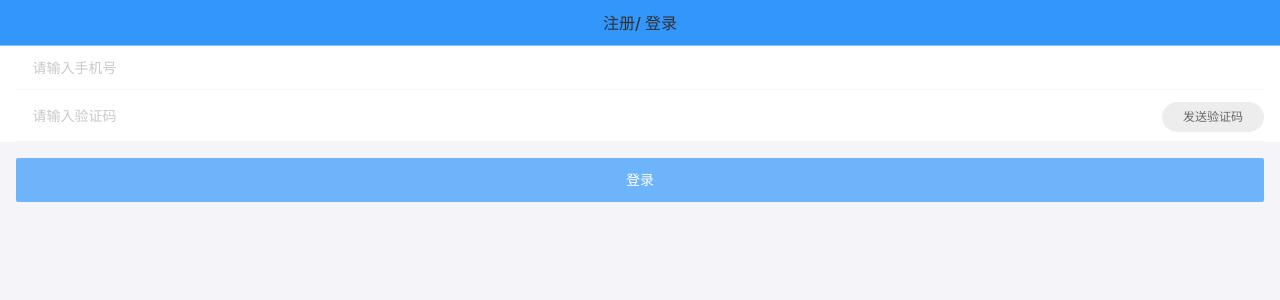
Repository: xn-lb/toutiao-mb
Page: /#/login
These files come from the project's save history. The page is drawn as it stood at one moment and after the next save; the edit follows.
The browser window is 1280 px wide. The pictures show the whole page.
Some web fonts or font styles are not loaded; a fallback is used. The project was rebuilt for these pictures with package versions that can differ from the ones it lists, and the page was loaded fresh each time. Also part of the build but not shown: vue.config.js.

Above is the page before, as saved 2023-03-23 21:08:29.

### src/main.js
import Vue from 'vue'
import App from './App.vue'
import router from './router'
import store from './store'
// 加载全局样式
import './styles/index.less'
import Vant from 'vant' //加载Vant 组件库
import 'vant/lib/index.css'
import 'amfe-flexible' //加载动态设置  rem 基准值

Vue.use(Vant); //注册使用组件库

Vue.config.productionTip = false

new Vue({
    router,
    store,
    render: h => h(App)
}).$mount('#app')

### src/App.vue
<template>
  <div id="app">
  <!-- 路由的出口 -->
    <router-view></router-view>



  </div>
</template>
<script>
export default {
  name: 'APP'
}
</script>
<style lang="less">

</style>

### src/router/index.js
import Vue from 'vue'
import VueRouter from 'vue-router'



Vue.use(VueRouter)

// 路由表
const routes = [{
        path: '/login',
        name: 'LoginIndex',
        component: () =>
            import ('@/views/login')
    },
    {
        path: '/',
        component: () =>
            import ('@/views/layout/'),
        children: [{
                path: '/qa',
                name: 'qa',
                component: () =>
                    import ('@/views/qa/')
            },
            {
                path: '/video',
                name: 'video',
                component: () =>
                    import ('@/views/video/')
            },
            {
                path: '/my', //默认子路由
                name: 'my',
                component: () =>
                    import ('@/views/my/')
            },
            {
                path: '', //默认子路由
                name: 'home',
                component: () =>
                    import ('@/views/home/')
            }
        ]
    }

]

const router = new VueRouter({
    routes
})

export default router

### src/styles/index.less
// 全局样式文件
// 加载图标样式
@import "./icon.less";

body{
    background-color: #f5f5f9;
}
.app-nav-bar{
    background-color: #3296fa;
    .van-nav-bar__title{
        color: #fff;
    }
}

### src/views/login/index.vue
<template>
  <div class="login-container">
    <!-- 导航栏 -->
    <van-nav-bar class="page-nav-bar" title=" 注册/ 登录" />

    <!-- 登录表单 -->
    <van-form >
  <van-field
    v-model="user.mobile"
    name="手机号"
    placeholder="请输入手机号"
   >
      <i slot="left-icon" class="toutiao toutiao-shouji"></i>
   </van-field>
  <van-field
    v-model="user.code"
    name="验证码"
    placeholder="请输入验证码"
  >
   <i slot="left-icon" class="toutiao toutiao-yanzhengma"></i>
   <template #button>
    <van-button size="small" type="default" round class="send-sms-btn">发送验证码</van-button>
  </template>
  </van-field>
  <div style="margin: 16px;">
    <van-button  block type="info" native-type="submit" class="login-btn-wrap"><span class="lg_btn">登录</span></van-button>
  </div>
</van-form>
  </div>
</template>

<script>
import {login} from '@/api/user'

export default {
  name: 'LoginIndex',
  components: {
    onsubmit
  },
  props: {},
  data () {
    return {
      user:{
        mobile:'',//手机号
        code:''//验证码
      }
    }
  },
  computed: {},
  watch: {},
  created () {},
  mounted () {},
  methods: {
    async onsubmit (){
      //1.获取表单数据
      const user = this.user
      //2.表单验证
      //3.提交表单登录
      try{
        const res = await login(user)
        console.log('登录成功', res);
      } catch (err){
        console.log('登录失败', err);
      }

      // 4.根据请求响应结果处理后续操作
    }
  }
}
</script>

<style scoped lang="less">
.page-nav-bar{
  background-color:#3296fa;
}
.login-container{
  .toutiao{
    font-style: 37px;
  }
}
.send-sms-btn{
  background-color: #ededed;
  font-style: 22px;
  color: #666;
  width: 102px;
  height: 30px;
  // line-height: 46;
}
.login-btn-wrap{
  background-color: #6db4fb;
  border: none;
  font-style: 42px;

}
</style>

### src/styles/icon.less
@font-face {
    font-family: "toutiao"; /* Project id 3968849 */
    src: url('//at.alicdn.com/t/c/font_3968849_y288fdc89co.eot?t=1679462277967'); /* IE9 */
    src: url('//at.alicdn.com/t/c/font_3968849_y288fdc89co.eot?t=1679462277967#iefix') format('embedded-opentype'), /* IE6-IE8 */
         url('//at.alicdn.com/t/c/font_3968849_y288fdc89co.woff2?t=1679462277967') format('woff2'),
         url('//at.alicdn.com/t/c/font_3968849_y288fdc89co.woff?t=1679462277967') format('woff'),
         url('//at.alicdn.com/t/c/font_3968849_y288fdc89co.ttf?t=1679462277967') format('truetype'),
         url('//at.alicdn.com/t/c/font_3968849_y288fdc89co.svg?t=1679462277967#toutiao') format('svg');
  }

  .toutiao {
    font-family: "toutiao" !important;
    font-size: 16px;
    font-style: normal;
    -webkit-font-smoothing: antialiased;
    -moz-osx-font-smoothing: grayscale;
  }

  .toutiao-guanbi:before {
    content: "\e601";
  }

  .toutiao-gengduo:before {
    content: "\e602";
  }

  .toutiao-pinglun:before {
    content: "\e603";
  }

  .toutiao-shanchu:before {
    content: "\e604";
  }

  .toutiao-dianzan:before {
    content: "\e605";
  }

  .toutiao-lishi:before {
    content: "\e606";
  }

  .toutiao-shipin:before {
    content: "\e607";
  }

  .toutiao-shoucang:before {
    content: "\e608";
  }

  .toutiao-yanzhengma:before {
    content: "\e609";
  }

  .toutiao-wenda:before {
    content: "\e60a";
  }

  .toutiao-fenxiang:before {
    content: "\e60b";
  }

  .toutiao-youjiantou:before {
    content: "\e60c";
  }

  .toutiao-wuwangluo:before {
    content: "\e60d";
  }

  .toutiao-shouji:before {
    content: "\e60e";
  }

  .toutiao-zuojiantou:before {
    content: "\e60f";
  }

  .toutiao-shouye:before {
    content: "\e610";
  }

  .toutiao-wode:before {
    content: "\e611";
  }

  .toutiao-sousuo:before {
    content: "\e612";
  }

  .toutiao-zuopin:before {
    content: "\e613";
  }

  .toutiao-yuedu:before {
    content: "\e614";
  }

### src/api/user.js
// 用户相关请求模块
import request from "@/utils/request";

export const login = data => {
    return request({
        method: 'POST',
        url: '/v1_0/authotizations',
        data
    })
}

### src/utils/request.js
// 封装axios 请求模块
import axios from "axios"

const request = axios.create({
    baseURL: 'http://toutiao.itheima.net/' //接口的基本路径
})


// 请求拦截器


// 响应拦截器

export default request

Loaded but not shown: public/index.html (common file); src/store/index.js (common file)

After the next save:
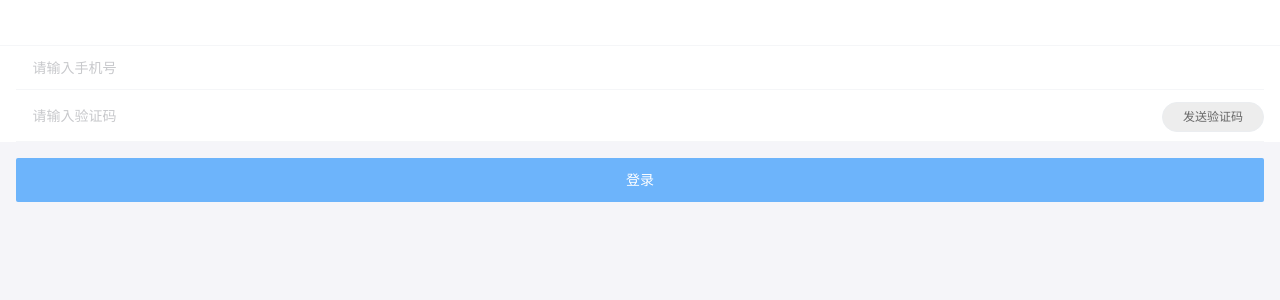
Saved 11 s later.
--- a/src/views/login/index.vue
+++ b/src/views/login/index.vue
@@ -1,7 +1,7 @@
 <template>
   <div class="login-container">
     <!-- 导航栏 -->
-    <van-nav-bar class="page-nav-bar" title=" 注册/ 登录" />
+    <van-nav-bar class="app-nav-bar" title=" 注册/ 登录" />
 
     <!-- 登录表单 -->
     <van-form >
